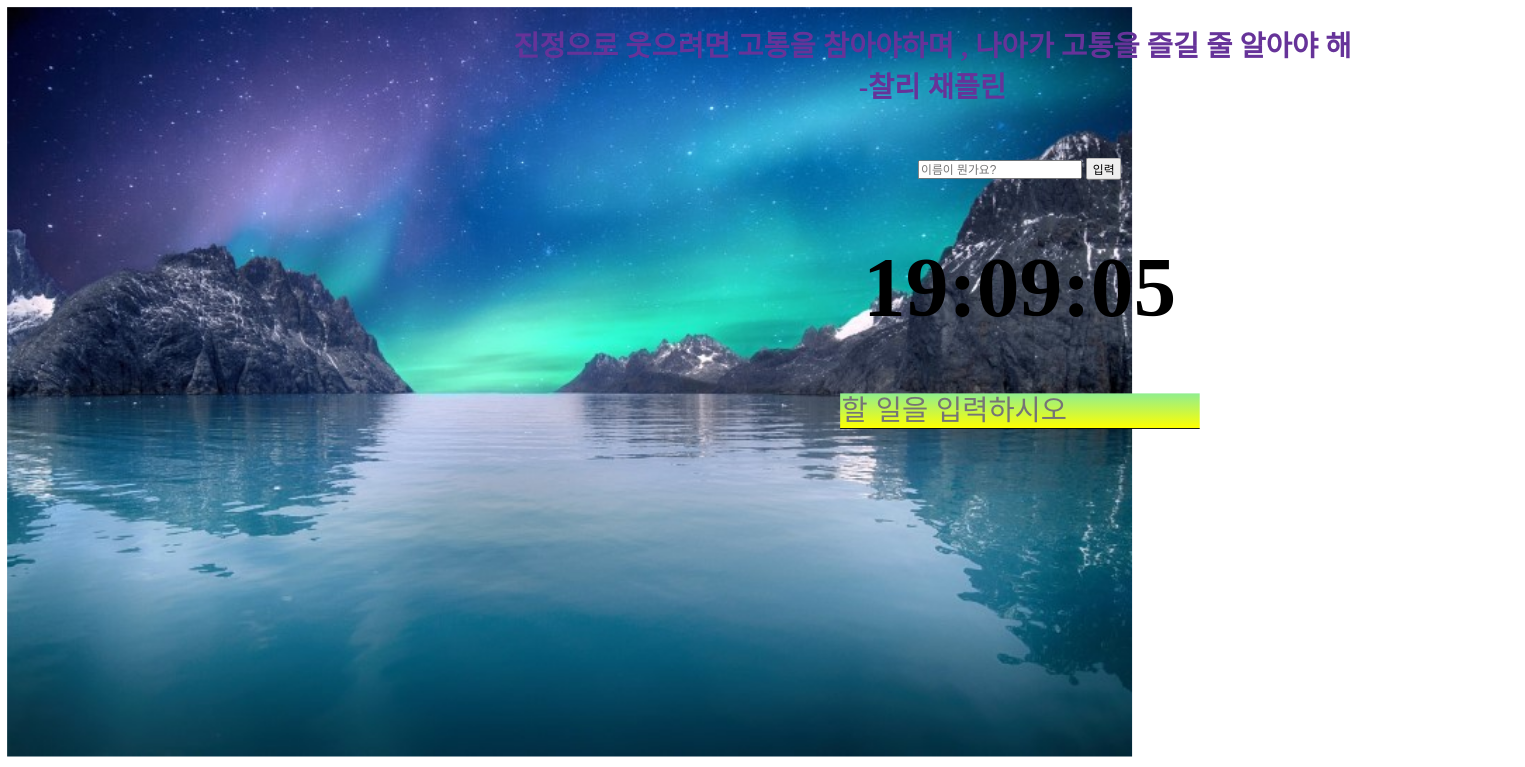
Repository: jun01270/F-E-practice
Page: index.html
The author's editor kept a copy of each file at every save. The page is drawn from the files as they stood at one save, then again after the next save.
The browser window is 1280 px wide. The page is 1714 px wide, then 1280 px, so the pictures cover 1714 px, including what lies to the right of the window. The pictures show the whole page, at 89% of full size.

Above is the page before, as saved 2023-01-10 19:25:09.

After the next save:
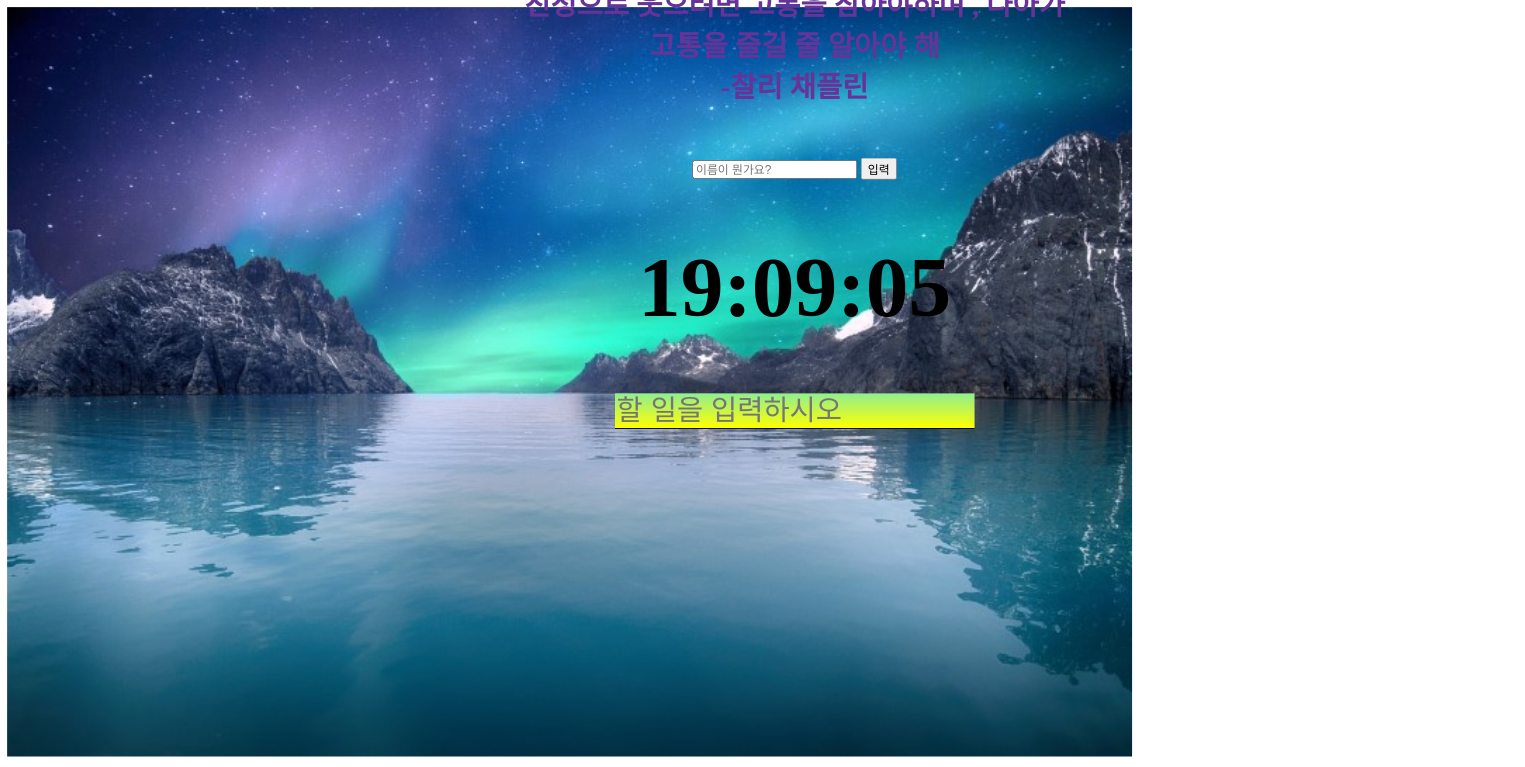
Saved 9 s later.
--- a/css/style.css
+++ b/css/style.css
@@ -17,7 +17,7 @@ body {
   top: 20%;
   left: 45%;
   text-align: center;
-  width: 90%;
+  width: 50%;
   height: auto;
 }
 
